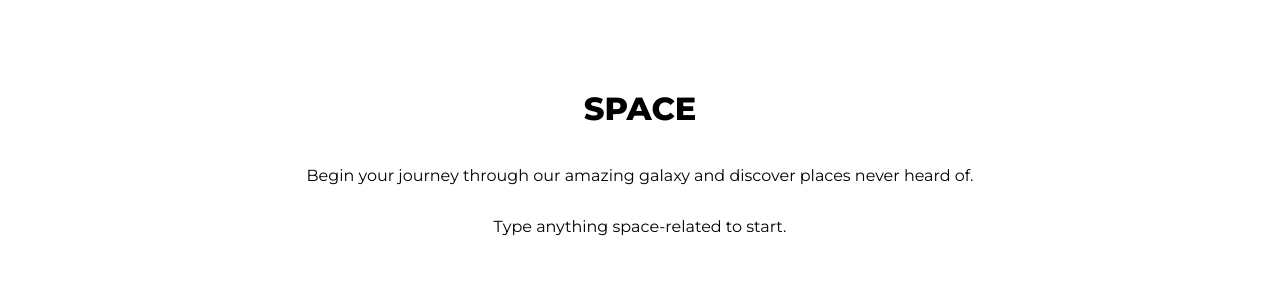
Repository: pmor80/spacer
Page: /
An editor plug-in stored every save of this project. The page is shown before and after the next save, followed by the edit.
The browser window is 1280 px wide. The pictures show the whole page.
The project was rebuilt for these pictures with package versions that can differ from the ones it lists, and the page was loaded fresh each time.

Above is the page before, as saved 2019-07-02 15:13:48.

### public/index.html
<!DOCTYPE html>
<html lang="en">
  <head>
    <meta charset="utf-8">
    <meta http-equiv="X-UA-Compatible" content="IE=edge">
    <meta name="viewport" content="width=device-width,initial-scale=1.0">
    <link rel="icon" href="<%= BASE_URL %>favicon.ico">
    <title>spacer</title>
  </head>
  <body>
    <noscript>
      <strong>We're sorry but spacer doesn't work properly without JavaScript enabled. Please enable it to continue.</strong>
    </noscript>
    <div id="app"></div>
    <!-- built files will be auto injected -->
  </body>
</html>

### src/App.vue
<template>
  <div class="app">
    <router-view />
  </div>
</template>

<style lang="scss">
@import url("https://fonts.googleapis.com/css?family=Montserrat:300,400,600,800");

* {
  box-sizing: border-box;
}

body {
  font-family: "Montserrat", sans-serif;
}
</style>

### src/router.js
import Vue from 'vue';
import Router from 'vue-router';
import Search from './views/Search.vue';

Vue.use(Router);

export default new Router({
  mode: 'history',
  base: process.env.BASE_URL,
  routes: [
    {
      path: '/',
      name: 'Search',
      component: Search
    }
  ]
});

### src/views/Search.vue
<template>
  <div class="wrapper">
    <Claim />
    <div class="search">
      <label for="search">Search</label>
      <input id="search" name="search" v-model="searchValue" @input="handleInput" />
    </div>
  </div>
</template>

<script>
import axios from "axios";
import debounce from "lodash.debounce";
import Claim from "@/components/Claim.vue";

const API = "https://images-api.nasa.gov/search";

export default {
  name: "Search",
  components: {
    Claim
  },
  data() {
    return {
      searchValue: "",
      results: []
    };
  },
  methods: {
    handleInput: debounce(function() {
      axios
        .get(`${API}?q=${this.searchValue}&media_type=image`)
        .then(response => {
          this.results = response.data.collection.items;
        })
        .catch(err => {
          console.log(err);
        });
    }, 500)
  }
};
</script>

<style lang="scss" scoped>
.wrapper {
  display: flex;
  flex-direction: column;
  align-items: center;
  margin: 0;
  padding: 30px;
  width: 100%;
}

.search {
  display: none;
  flex-direction: column;
  width: 250px;

  label {
    font-family: Montserrat, sans-serif;
  }

  input {
    height: 30px;
    border: 0;
    border-bottom: 1px solid #000;
  }
}
</style>

### src/components/Claim.vue
<template>
  <div class="wrapper">
    <h1 class="claim">SPACE</h1>
    <p
      class="subclaim"
    >Begin your journey through our amazing galaxy and discover places never heard of.</p>
    <p class="subclaim">Type anything space-related to start.</p>
  </div>
</template>

<script>
export default {
  name: "Claim"
};
</script>

<style lang="scss" scoped>
.wrapper {
  display: flex;
  flex-direction: column;
  justify-content: center;
  align-items: center;
}
</style>

Loaded but not shown: src/main.js (common file)

After the next save:
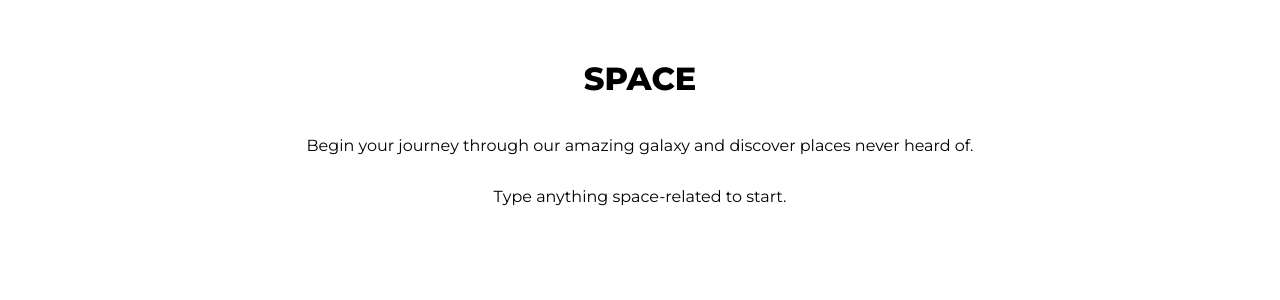
Saved 3 min 33 s later.
--- a/src/components/Claim.vue
+++ b/src/components/Claim.vue
@@ -1,5 +1,5 @@
 <template>
-  <div class="wrapper">
+  <div class="claimWrapper">
     <h1 class="claim">SPACE</h1>
     <p
       class="subclaim"
@@ -15,7 +15,7 @@ export default {
 </script>
 
 <style lang="scss" scoped>
-.wrapper {
+.claimWrapper {
   display: flex;
   flex-direction: column;
   justify-content: center;
